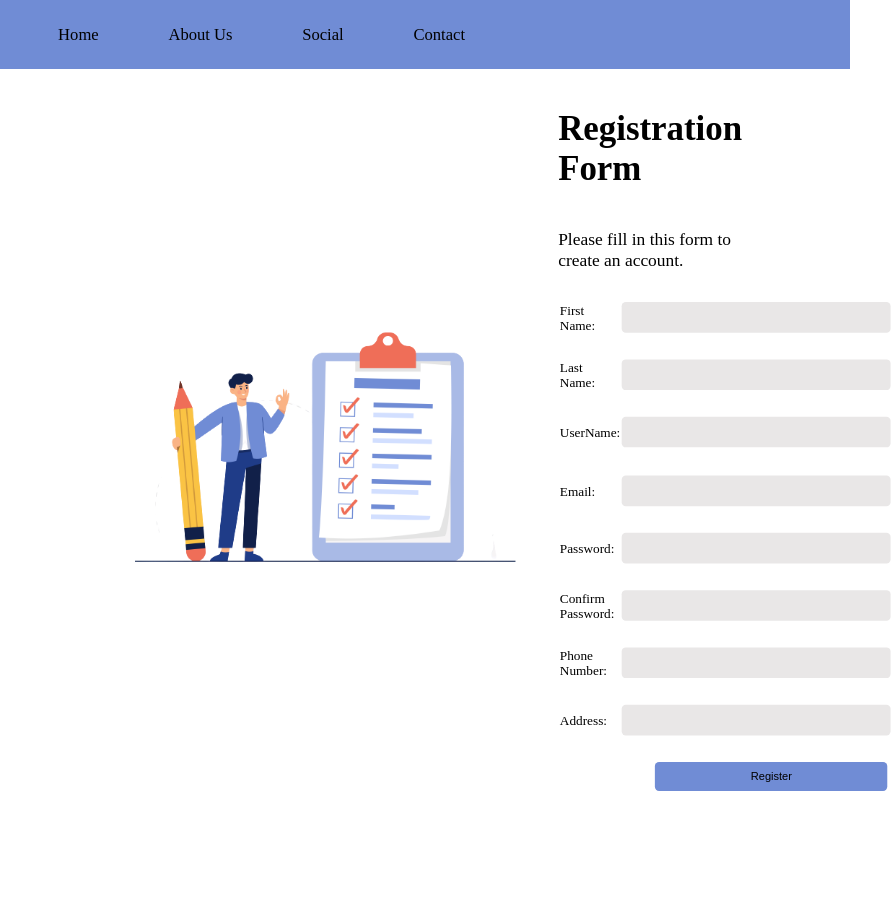
Repository: armanali13000/JAVA_CRUD
Page: http://localhost/CRUD_APP/MemberRegister.jsp
An editor plug-in stored every save of this project. The page is shown before and after the next save, followed by the edit.
The browser window is 1024 px wide. The page is 1073 px wide, then 1024 px, so the pictures cover 1073 px, including what lies to the right of the window. The pictures show the whole page, at 83% of full size.
The page is served by Tomcat 9.

Above is the page before, as saved 2023-02-28 09:40:20.

After the next save:
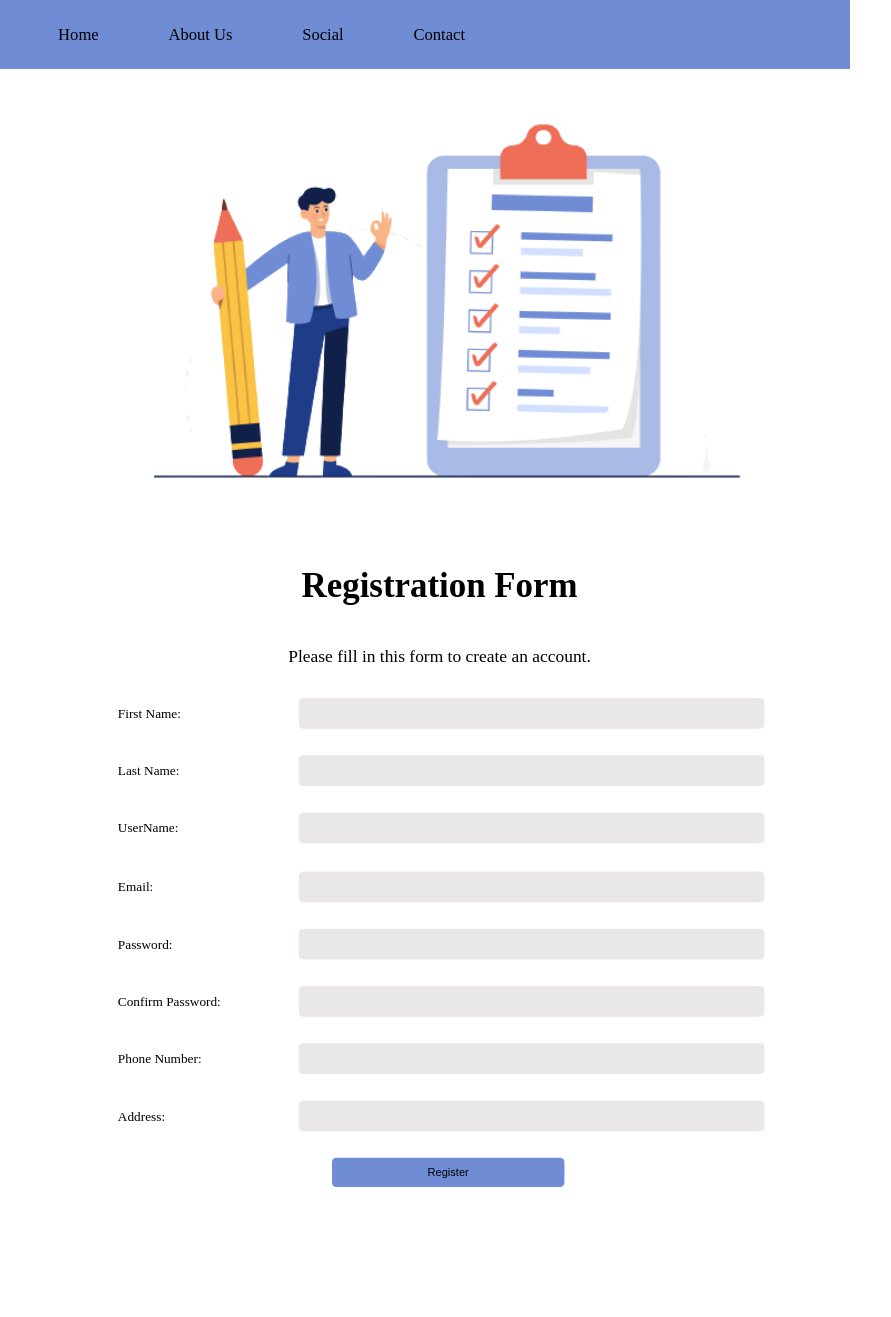
Saved 40 min 3 s later.
--- a/CRUD_APP/src/main/webapp/MemberRegister.jsp
+++ b/CRUD_APP/src/main/webapp/MemberRegister.jsp
@@ -7,7 +7,7 @@
     <meta charset="ISO-8859-1">
     <title>Registration Form</title>
 
-    <style type="text/css">
+<style type="text/css">
         body
         {
             padding: 0px;
@@ -63,10 +63,7 @@
             padding: 15px 0px 15px 0px;
 
         }
-		/* .imgDiv
-		{
-			background-image: url(Checklist.jpg);
-		} */
+
         input {
             width: 100%;
             height: 35px;
@@ -79,12 +76,15 @@
         {
             width: 280px;
             margin-left: 40px;
-            cursor: pointer;
+
             background-color: #708CD5;
         }
 
+        @media screen and (max-width:1100px){
+            .parent {
+            display: block;
 
-
+        }
     </style>
 
 </head>
